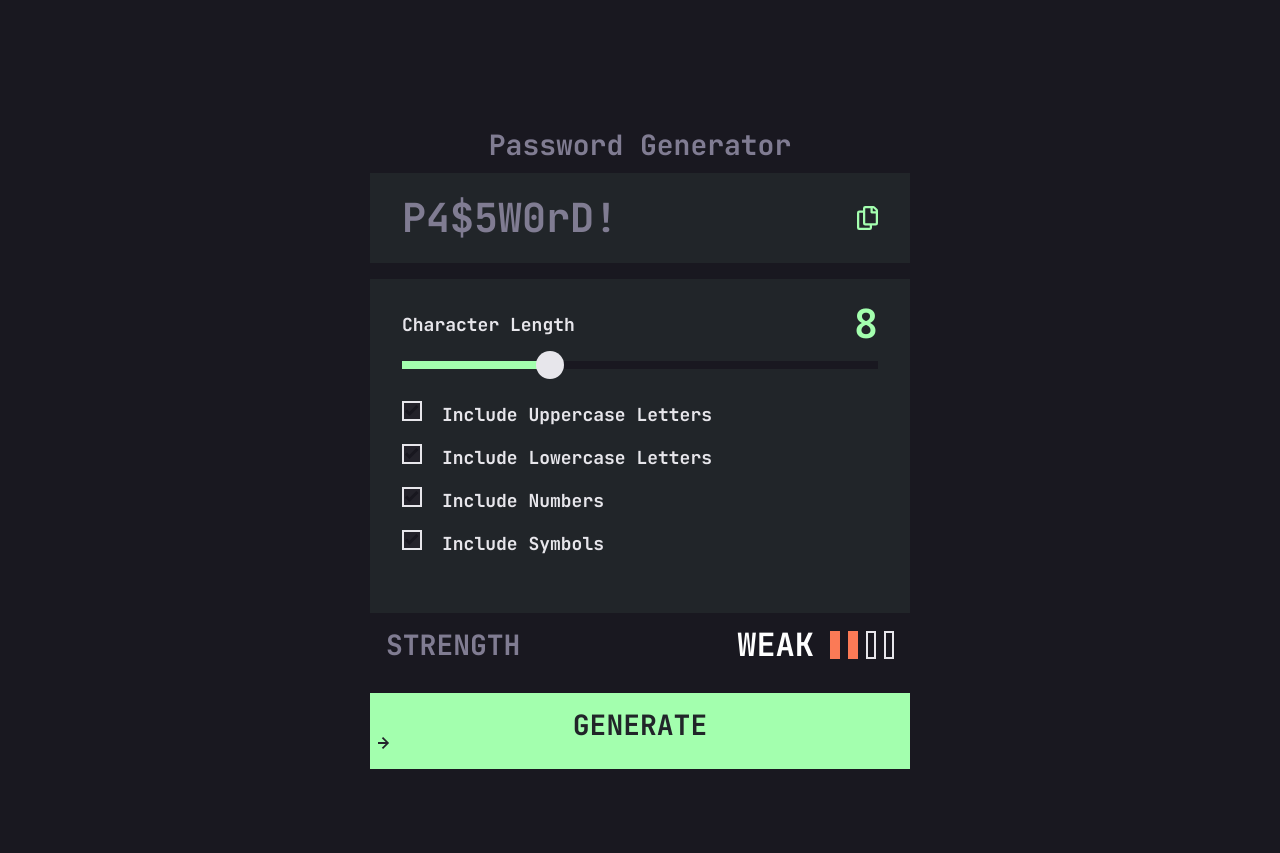
Repository: blordeus/password-generator-app
Page: starter-code/index.html
An editor plug-in stored every save of this project. The page is shown before and after the next save, followed by the edit.
The browser window is 1280 px wide. The pictures show the whole page.

Above is the page before, as saved 2023-10-05 20:34:20.

After the next save:
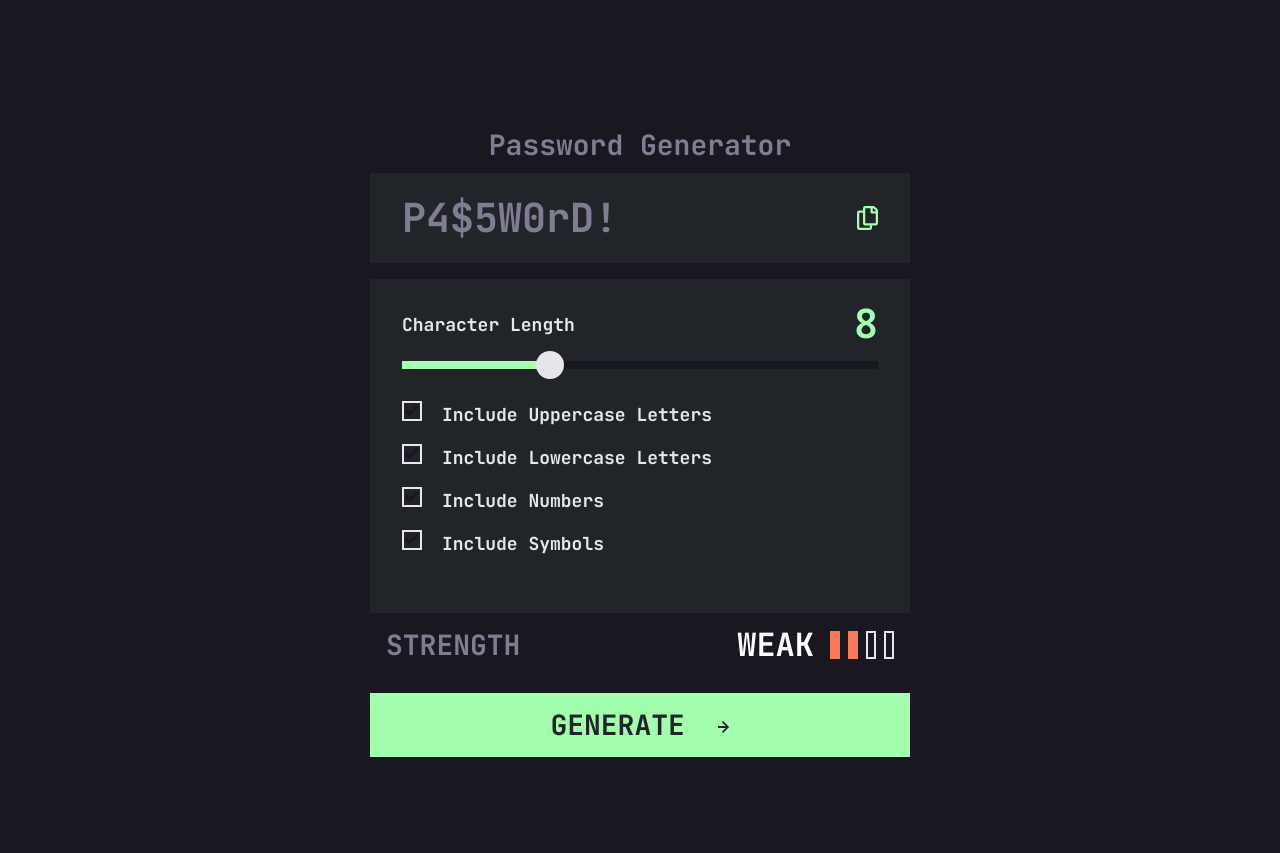
Saved 2 min 4 s later.
--- a/starter-code/index.html
+++ b/starter-code/index.html
@@ -64,7 +64,7 @@
     </div>
 
     <div class="flex">
-      <button id="generateBtn" class="uppercase fs-3 bg-green text-dark button">Generate <img src="./assets/images/icon-arrow-right.svg" alt="arrow right"></button>
+      <button id="generateBtn" class="uppercase fs-3 bg-green text-dark button">Generate <svg width="12" height="12" xmlns="http://www.w3.org/2000/svg"><path fill="#24232C" d="m5.106 12 6-6-6-6-1.265 1.265 3.841 3.84H.001v1.79h7.681l-3.841 3.84z"/></svg></button>
     </div>
 
     <p id="alert" class="fs-3 alert">Please select one or more options</p>
